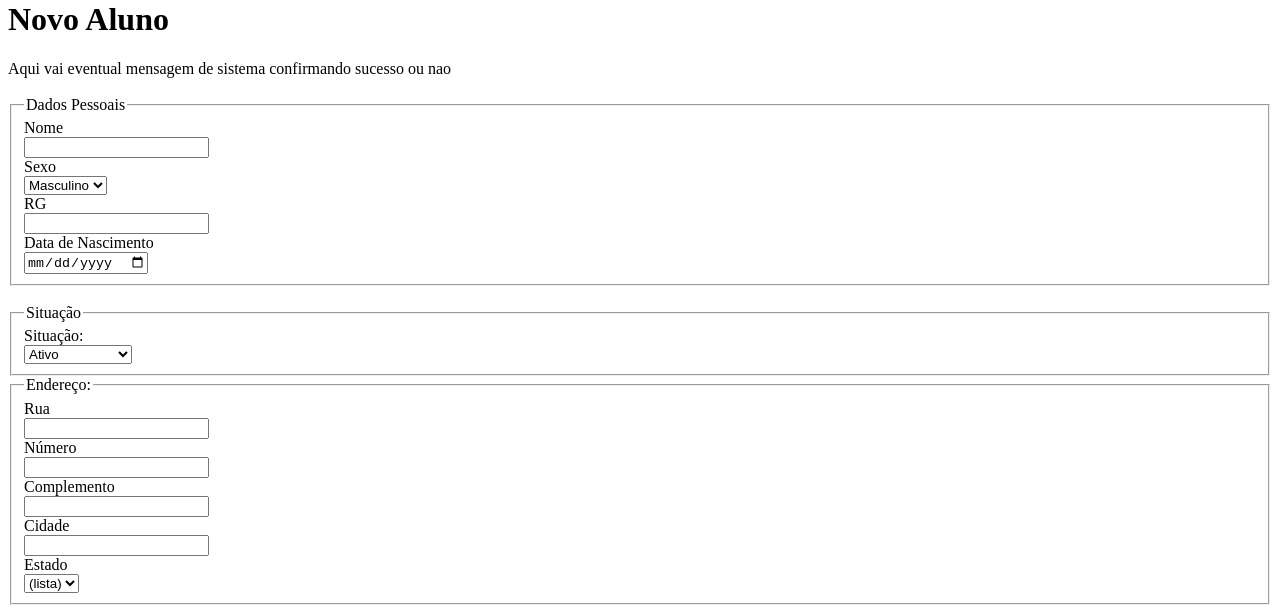
Repository: fabiodaemon/Loucademia
Page: Loucademia/WebContent/WEB-INF/novoAluno.html
An editor plug-in stored every save of this project. The page is shown before and after the next save, followed by the edit.
The browser window is 1280 px wide. The pictures show the part of the page from y = 422 to 1074 px (the page is 1035 px tall before and 1074 px after).
A picture or video elsewhere on the page could not be fetched, so the positions and the page height are approximate.

Above is the page before, as saved 2019-01-27 22:22:15.

After the next save:
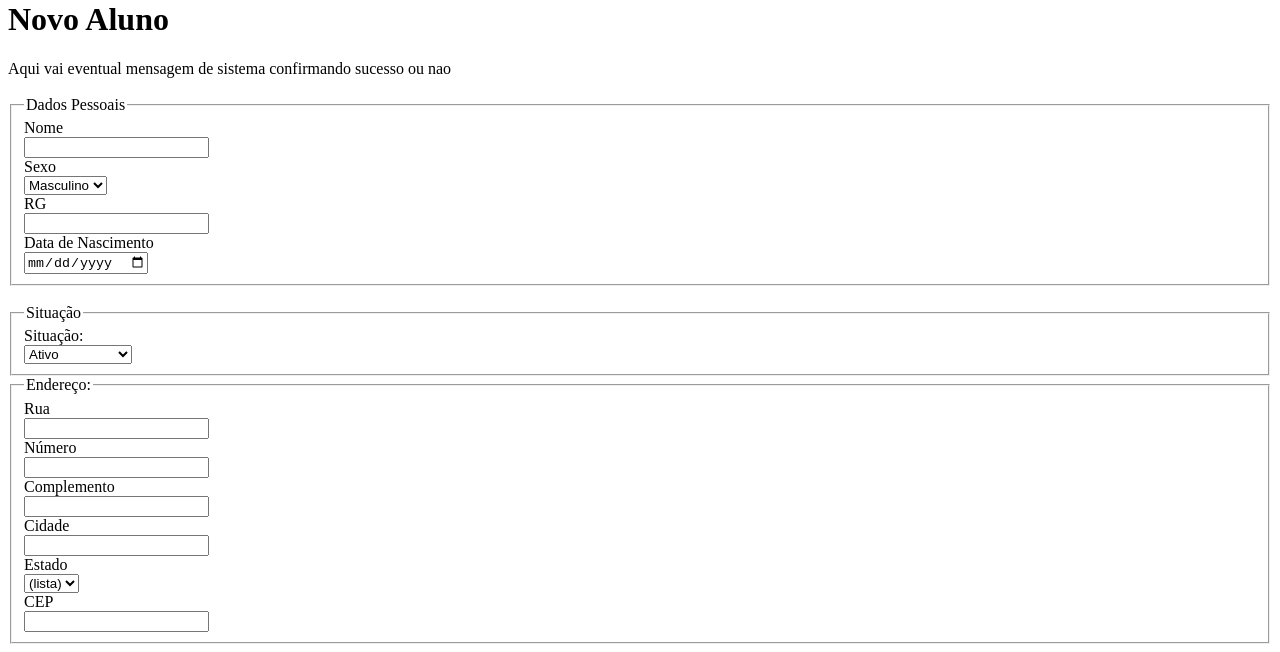
Saved 45 s later.
--- a/Loucademia/WebContent/WEB-INF/novoAluno.html
+++ b/Loucademia/WebContent/WEB-INF/novoAluno.html
@@ -78,7 +78,10 @@
 			<label for="estado">Estado</label><br>
 				<select name="estado" id="estado>">
 					<option>(lista)</option>
-				</select>
+				</select><br>
+
+			<label for="cep">CEP</label><br>
+			<input type="text" name="cep" id="cep"><br>
 
 		</fieldset>
 
